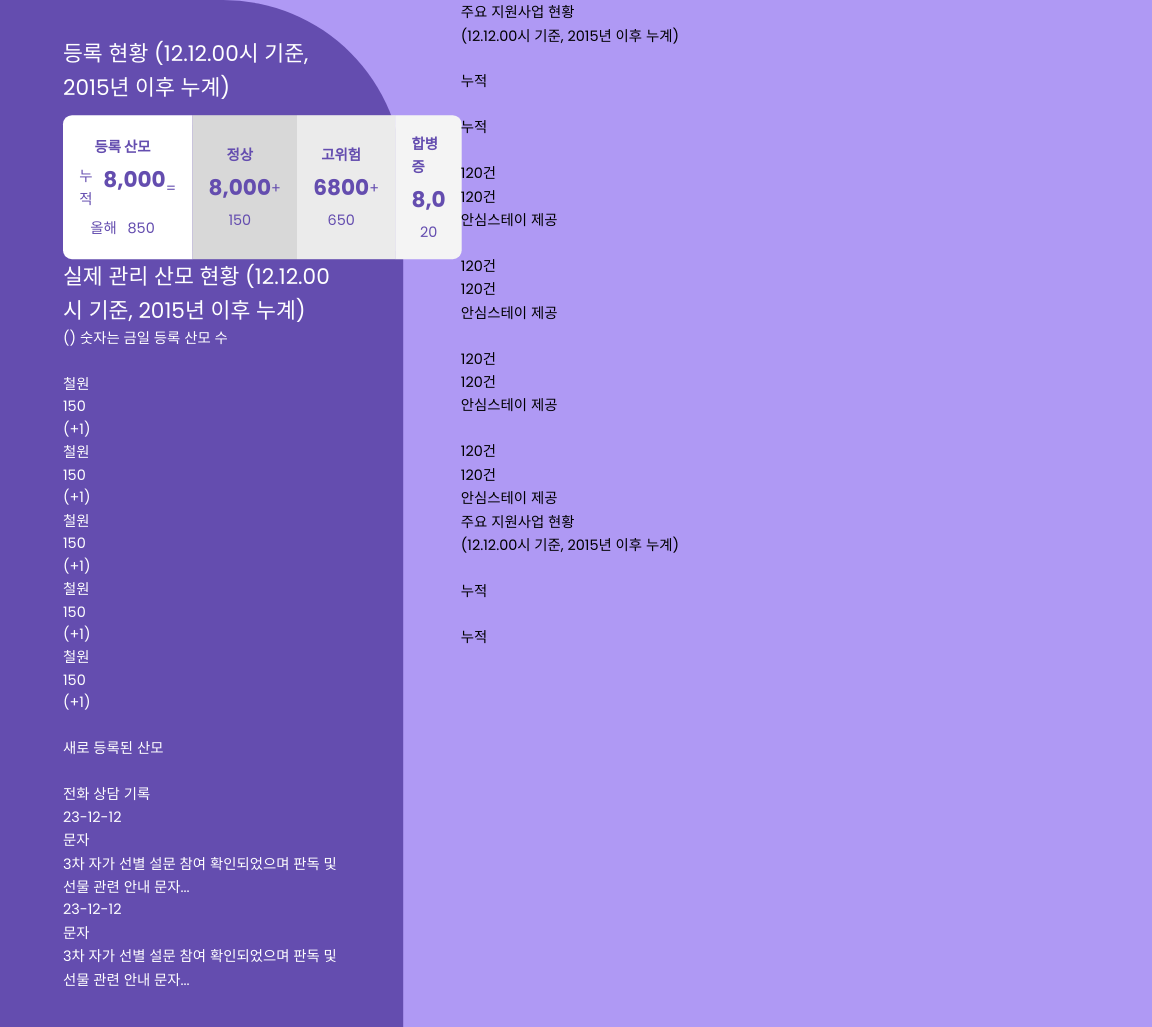
Repository: giapchicuong/Perganancy_Web
Page: index.html
These files come from the project's save history. The page is drawn as it stood at one moment and after the next save; the edit follows.
The browser window is 1280 px wide. The pictures show the whole page, at 90% of full size.

Above is the page before, as saved 2024-03-06 15:29:29.

### index.html
<!DOCTYPE html>
<html lang="en">

<head>
    <meta charset="UTF-8">
    <meta name="viewport" content="width=device-width, initial-scale=1.0">
    <title>Perganancy Web</title>
    <link rel="stylesheet" href="./assets/base.css">
    <link rel="stylesheet" href="./assets/style.css">
</head>

<body>
    <!-- .block -->
    <!-- .block__element -->
    <!-- .block__element--modifier -->
    <!-- card
    card__image
    card__description
    card__button--submit
    card__button--cancel -->
    <div class="app">
        <div class="main">
            <section class="advertising">
                <div class="advertising-left">
                    <div class="advertising-left--top">
                        <div class="advertising-left__title">등록 현황 (12.12.00시 기준, 2015년 이후 누계)</div>
                        <div class="advertising-left__item-list">
                            <div class="advertising-left__item advertising-left__item1">
                                <div class="advertising-left__item--signal">
                                    <div class="advertising-left__item--white">
                                        <div class="advertising-left__item-title">등록 산모</div>
                                        <div class="advertising-left__item-desc">
                                            <div class="advertising-left__item-desc-text">누적</div>
                                            <div class="advertising-left__item-desc-number">8,000</div>
                                        </div>
                                    </div>
                                    <div class="advertising-left__item-bottom">
                                        <div class="advertising-left__item-bottom-text">올해</div>
                                        <div class="advertising-left__item-bottom-number">850</div>
                                    </div>
                                </div>
                                <div class="calculation">=</div>
                            </div>
                            <div class="advertising-left__item advertising-left__item2">
                                <div class="advertising-left__item--signal">
                                    <div class="advertising-left__item--white">
                                        <div class="advertising-left__item-title">정상</div>
                                        <div class="advertising-left__item-desc">
                                            <div class="advertising-left__item-desc-number">8,000</div>
                                        </div>
                                    </div>
                                    <div class="advertising-left__item-bottom">
                                        <div class="advertising-left__item-bottom-number">150</div>
                                    </div>
                                </div>
                                <div class="calculation">+</div>
                            </div>
                            <div class="advertising-left__item advertising-left__item3">
                                <div class="advertising-left__item--signal">
                                    <div class="advertising-left__item--white">
                                        <div class="advertising-left__item-title">고위험</div>
                                        <div class="advertising-left__item-desc">
                                            <div class="advertising-left__item-desc-number">6800</div>
                                        </div>
                                    </div>
                                    <div class="advertising-left__item-bottom">
                                        <div class="advertising-left__item-bottom-number">650</div>
                                    </div>
                                </div>
                                <div class="calculation">+</div>
                            </div>
                            <div class="advertising-left__item advertising-left__item4">
                                <div class="advertising-left__item--signal">
                                    <div class="advertising-left__item--white">
                                        <div class="advertising-left__item-title">합병증</div>
                                        <div class="advertising-left__item-desc">
                                            <div class="advertising-left__item-desc-number">8,0</div>
                                        </div>
                                    </div>
                                    <div class="advertising-left__item-bottom">
                                        <div class="advertising-left__item-bottom-number">20</div>
                                    </div>
                                </div>
                            </div>
                        </div>
                    </div>
                    <div class="advertising-left__title">실제 관리 산모 현황 (12.12.00시 기준, 2015년 이후 누계)</div>
                    <div class="advertising-left__desc">() 숫자는 금일 등록 산모 수</div>
                    <div class="advertising-left__map">
                        <img src="" alt="" class="advertising-left__map-image">
                        <div class="advertising-left__map-item-list-top">
                            <div class="advertising-left__map-item">
                                <div class="advertising-left__map-item-title">철원</div>
                                <div class="advertising-left__map-item-number">150</div>
                                <div class="advertising-left__map-item-desc">(+1)</div>
                            </div>
                            <div class="advertising-left__map-item">
                                <div class="advertising-left__map-item-title">철원</div>
                                <div class="advertising-left__map-item-number">150</div>
                                <div class="advertising-left__map-item-desc">(+1)</div>
                            </div>
                        </div>
                        <div class="advertising-left__map-item-list-center">
                            <div class="advertising-left__map-item">
                                <div class="advertising-left__map-item-title">철원</div>
                                <div class="advertising-left__map-item-number">150</div>
                                <div class="advertising-left__map-item-desc">(+1)</div>
                            </div>
                            <div class="advertising-left__map-item">
                                <div class="advertising-left__map-item-title">철원</div>
                                <div class="advertising-left__map-item-number">150</div>
                                <div class="advertising-left__map-item-desc">(+1)</div>
                            </div>
                        </div>
                        <div class="advertising-left__map-item-list-botom">
                            <div class="advertising-left__map-item">
                                <div class="advertising-left__map-item-title">철원</div>
                                <div class="advertising-left__map-item-number">150</div>
                                <div class="advertising-left__map-item-desc">(+1)</div>
                            </div>
                        </div>
                    </div>
                    <div class="advertising-left__box">
                        <div class="advertising-left__box-title">
                            <img src="" alt="" class="advertising-left__box-title-icon">
                            <div class="advertising-left__box-title-text">새로 등록된 산모</div>
                        </div>
                        <div class="advertising-left__box-message-list">
                            <div class="advertising-left__box-message-item">
                                <div class="advertising-left__box-message-item-date"></div>
                                <div class="advertising-left__box-message-item-text"></div>
                            </div>
                        </div>
                    </div>
                    <div class="advertising-left__box">
                        <div class="advertising-left__box-title">
                            <img src="" alt="" class="advertising-left__box-title-icon">
                            <div class="advertising-left__box-title-text">전화 상담 기록</div>
                        </div>
                        <div class="advertising-left__box-message-list">
                            <div class="advertising-left__box-message-item">
                                <div class="advertising-left__box-message-item-date">23-12-12</div>
                                <div class="advertising-left__box-message-item-name">문자</div>
                                <div class="advertising-left__box-message-item-text">3차 자가 선별 설문 참여 확인되었으며 판독 및 선물 관련 안내
                                    문자...</div>
                            </div>
                            <div class="advertising-left__box-message-item">
                                <div class="advertising-left__box-message-item-date">23-12-12</div>
                                <div class="advertising-left__box-message-item-name">문자</div>
                                <div class="advertising-left__box-message-item-text">3차 자가 선별 설문 참여 확인되었으며 판독 및 선물 관련 안내
                                    문자...</div>
                            </div>
                        </div>
                    </div>
                </div>
                <div class="advertising-right">
                    <div class="advertising-right-item">
                        <div class="advertising-right-item-top">
                            <div class="advertising-right-item-top-left">
                                <div class="advertising-right-item-top__title">주요 지원사업 현황</div>
                                <div class="advertising-right-item-top__desc">(12.12.00시 기준, 2015년 이후 누계)</div>
                            </div>
                            <div class="advertising-right-item-top-right">
                                <div class="advertising-right-item-top-item">
                                    <img src="" alt="" class="advertising-right-item-top-item__icon">
                                    <div class="advertising-right-item-top-item__text">누적</div>
                                </div>
                                <div class="advertising-right-item-top-item">
                                    <img src="" alt="" class="advertising-right-item-top-item__icon">
                                    <div class="advertising-right-item-top-item__text">누적</div>
                                </div>
                            </div>
                        </div>
                        <div class="advertising-right-item-card-list">
                            <div class="advertising-right-item-card">
                                <div class="advertising-right-item-card-provide">
                                    <img src="" alt="" class="advertising-right-item-card__image">
                                    <div class="advertising-right-item-card__image-number">
                                        <div class="advertising-right-item-card__image-number-large">120건</div>
                                        <div class="advertising-right-item-card__image-number-small">120건</div>
                                    </div>
                                </div>
                                <div class="advertising-right-item-card-content">안심스테이 제공</div>
                            </div>
                            <div class="advertising-right-item-card">
                                <div class="advertising-right-item-card-provide">
                                    <img src="" alt="" class="advertising-right-item-card__image">
                                    <div class="advertising-right-item-card__image-number">
                                        <div class="advertising-right-item-card__image-number-large">120건</div>
                                        <div class="advertising-right-item-card__image-number-small">120건</div>
                                    </div>
                                </div>
                                <div class="advertising-right-item-card-content">안심스테이 제공</div>
                            </div>
                            <div class="advertising-right-item-card">
                                <div class="advertising-right-item-card-provide">
                                    <img src="" alt="" class="advertising-right-item-card__image">
                                    <div class="advertising-right-item-card__image-number">
                                        <div class="advertising-right-item-card__image-number-large">120건</div>
                                        <div class="advertising-right-item-card__image-number-small">120건</div>
                                    </div>
                                </div>
                                <div class="advertising-right-item-card-content">안심스테이 제공</div>
                            </div>
                            <div class="advertising-right-item-card">
                                <div class="advertising-right-item-card-provide">
                                    <img src="" alt="" class="advertising-right-item-card__image">
                                    <div class="advertising-right-item-card__image-number">
                                        <div class="advertising-right-item-card__image-number-large">120건</div>
                                        <div class="advertising-right-item-card__image-number-small">120건</div>
                                    </div>
                                </div>
                                <div class="advertising-right-item-card-content">안심스테이 제공</div>
                            </div>
                        </div>
                    </div>
                    <div class="advertising-right-item">
                        <div class="advertising-right-item-top">
                            <div class="advertising-right-item-top-left">
                                <div class="advertising-right-item-top__title">주요 지원사업 현황</div>
                                <div class="advertising-right-item-top__desc">(12.12.00시 기준, 2015년 이후 누계)</div>
                            </div>
                            <div class="advertising-right-item-top-right">
                                <div class="advertising-right-item-top-item">
                                    <img src="" alt="" class="advertising-right-item-top-item__icon">
                                    <div class="advertising-right-item-top-item__text">누적</div>
                                </div>
                                <div class="advertising-right-item-top-item">
                                    <img src="" alt="" class="advertising-right-item-top-item__icon">
                                    <div class="advertising-right-item-top-item__text">누적</div>
                                </div>
                            </div>
                        </div>
                        <div class="advertising-right-item__btn-list">
                            <div class="advertising-right-item__btn-item">
                                <div class="advertising-right-item__btn">
                                    <img src="" alt="" class="advertising-right-item__btn-icon" />
                                    <div class="advertising-right-item__btn-text"></div>
                                    <div class="advertising-right-item__btn-notification"></div>
                                </div>
                                <div class="advertising-right-item__btn-content"></div>
                            </div>
                            <div class="advertising-right-item__btn-item">
                                <div class="advertising-right-item__btn">
                                    <img src="" alt="" class="advertising-right-item__btn-icon" />
                                    <div class="advertising-right-item__btn-text"></div>
                                    <div class="advertising-right-item__btn-notification"></div>
                                </div>
                                <div class="advertising-right-item__btn-content"></div>
                            </div>
                            <div class="advertising-right-item__btn-item">
                                <div class="advertising-right-item__btn">
                                    <img src="" alt="" class="advertising-right-item__btn-icon" />
                                    <div class="advertising-right-item__btn-text"></div>
                                    <div class="advertising-right-item__btn-notification"></div>
                                </div>
                                <div class="advertising-right-item__btn-content"></div>
                            </div>
                            <div class="advertising-right-item__btn-item">
                                <div class="advertising-right-item__btn">
                                    <img src="" alt="" class="advertising-right-item__btn-icon" />
                                    <div class="advertising-right-item__btn-text"></div>
                                    <div class="advertising-right-item__btn-notification"></div>
                                </div>
                                <div class="advertising-right-item__btn-content"></div>
                            </div>
                        </div>
                    </div>
                    <div class="advertising-right-item">
                        <div class="advertising-right-item-left">
                            <div class="advertising-right-item-left-text">
                                <div class="advertising-right-item-left__title"></div>
                                <div class="advertising-right-item-desc"></div>
                            </div>
                            <div class="advertising-right-item-number"></div>
                        </div>
                        <div class="advertising-right-item-right">

                        </div>
                    </div>
                    <div class="advertising-right-item">
                        <div class="advertising-right-item-message-list">
                            <div class="advertising-right-item-message-item">
                                <div class="advertising-right-item-message-text">
                                    <div class="advertising-right-item-message__title"></div>
                                    <div class="advertising-right-item-message__desc"></div>
                                </div>
                                <div class="advertising-right-item-message-number">
                                    <div class="advertising-right-item-message-number-icon"></div>
                                    <div class="advertising-right-item-message-number-text"></div>
                                    <div class="advertising-right-item-message-number-case"></div>
                                </div>
                            </div>
                            <div class="advertising-right-item-message-item">
                                <div class="advertising-right-item-message-text">
                                    <div class="advertising-right-item-message__title"></div>
                                    <div class="advertising-right-item-message__desc"></div>
                                </div>
                                <div class="advertising-right-item-message-number">
                                    <div class="advertising-right-item-message-number-icon"></div>
                                    <div class="advertising-right-item-message-number-text"></div>
                                    <div class="advertising-right-item-message-number-case"></div>
                                </div>
                            </div>
                        </div>
                    </div>
                </div>
            </section>
        </div>
    </div>
</body>

</html>

### assets/base.css
@import url('https://fonts.googleapis.com/css2?family=Poppins:ital,wght@0,100;0,200;0,300;0,400;0,500;0,600;0,700;0,800;0,900;1,100;1,200; 1.300;1.400;1.500;1.600;1.700;1.800;1.900&display=swap');

* {
    margin: 0;
    padding: 0;
    box-sizing: border-box;
    font-family: 'Poppins' , sans-serif;
    background-repeat: no-repeat;
    background-position: 40% ;
}
html, body {
    width: 100%;
    height: 100%;
    background-attachment: fixed;
    /* background-size: cover; */
}
:root {
    --primary: #644DAF;
    --secondary: #AF99F4;
    --purple: #E7E3FF;
    --lightPurple: #E6E6FA;
    --pink: #EF9C98;
    --white: #FFFFFF;
    --gray: #D8D8D8;
    --gray2: #EBEBEB;
    --gray3: #F4F4F4;
}

### assets/style.css
.advertising {
    display: flex;
    gap: 0% 5%;

}
.main {
    background-color: var(--secondary);
    height: 100%;
    background-size: cover;
}
.advertising-left {
    width: 35%;
    background-color: var(--primary);
    border-top-right-radius: 200px 200px;
    color: var(--white);
    padding: 40px 70px;
}
.advertising-left--top{
    display: flex;
    flex-direction: column;
    gap: 14px;
}
.advertising-left__title{
    /* font-family: Poppins; */
    font-size: 24px;
    /* font-style: normal; */
    /* font-weight: 600; */
    line-height: normal;
}
.advertising-left__item-list{
    display: flex;
    width: 100%;
}
.advertising-left__item {
    display: flex;
    justify-content: center;
    align-items: center;
    color: var(--primary);
    padding: 18px;
}
.advertising-left__item1{
    flex-grow: 2;
    background-color: var(--white);
    border-top-left-radius: 10px;
    border-bottom-left-radius: 10px;
}
.advertising-left__item2, .advertising-left__item3, .advertising-left__item4 {
    flex-grow: 1;
}
.advertising-left__item2 {
    background-color: var(--gray);
}
.advertising-left__item3 {
    background-color: var(--gray2);
}
.advertising-left__item4 {
    background-color: var(--gray3);
    border-top-right-radius: 10px;
    border-bottom-right-radius: 10px;
}
.advertising-left__item--signal{
    display: flex;
    gap: 6px;
    flex-direction: column;
    justify-content: center;
    align-items: center;
}
.advertising-left__item--white{
    display: flex;
    gap: 6px 0px;
    flex-direction: column;
    justify-content: center;
    align-items: center;
}
.advertising-left__item{

}
.advertising-left__item-title{
    font-weight: bold;
    font-size: 16px;
}
.advertising-left__item-desc{
    display: flex;
    gap: 12px;
}
.advertising-left__item-desc-text{

}
.advertising-left__item-desc-number{
    font-size: 24px;
    font-weight: bold;
}
.advertising-left__item-bottom{
    display: flex;
    align-items: center;
    gap: 12px;
}

After the next save:
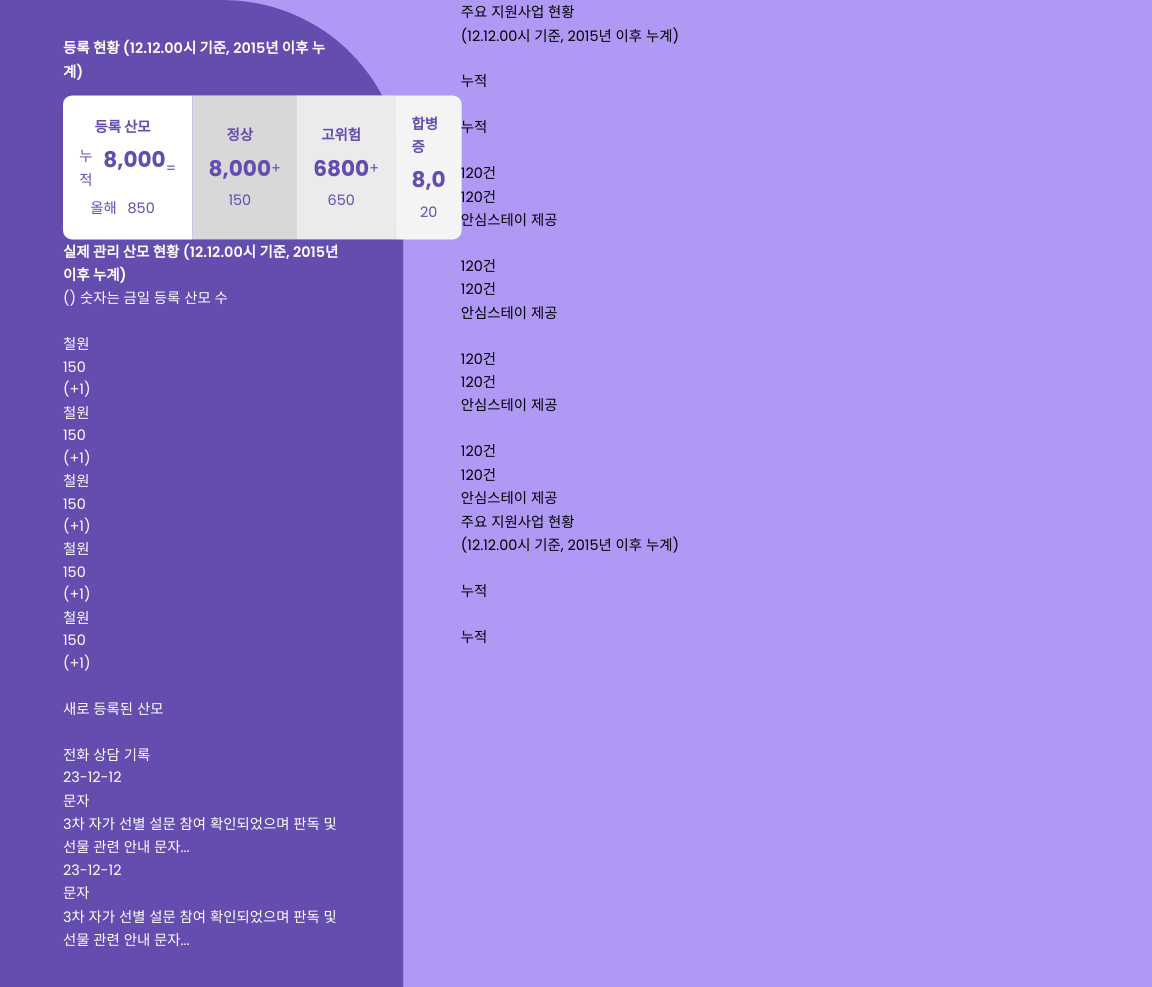
Saved 11 s later.
--- a/assets/style.css
+++ b/assets/style.css
@@ -22,9 +22,9 @@
 }
 .advertising-left__title{
     /* font-family: Poppins; */
-    font-size: 24px;
+    /* font-size: 24px; */
     /* font-style: normal; */
-    /* font-weight: 600; */
+    font-weight: 600;
     line-height: normal;
 }
 .advertising-left__item-list{
